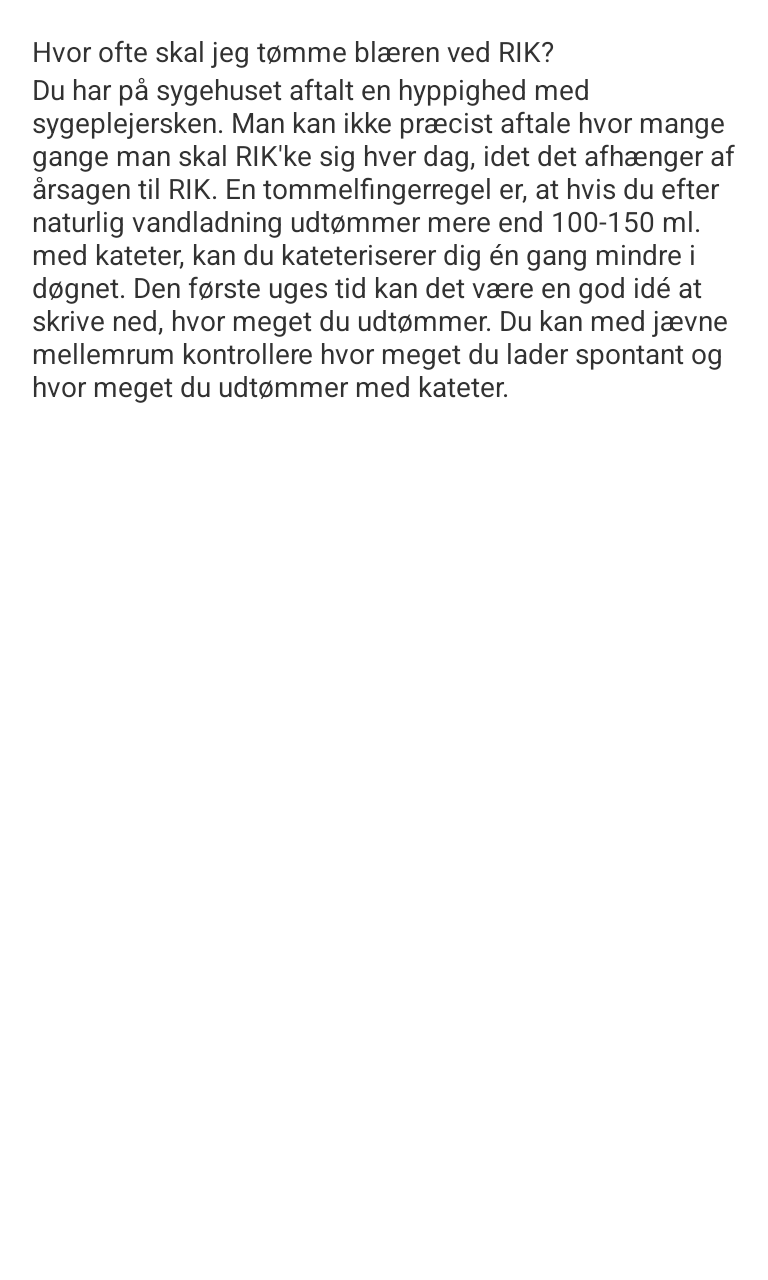
Repository: KingApollo/RIKapp2
Layout: RIKapp/res/layout/activity_information.xml
These files come from the project's save history. The layout is drawn as it stood at one moment and after the next save; the edit follows.
It is drawn on a 768 x 1280 px phone screen (xhdpi) without system bars, with theme android:Theme.Light.NoTitleBar; the app's code is not run.

Above is the layout before, as saved 2014-10-08 10:54:37.

After the next save:
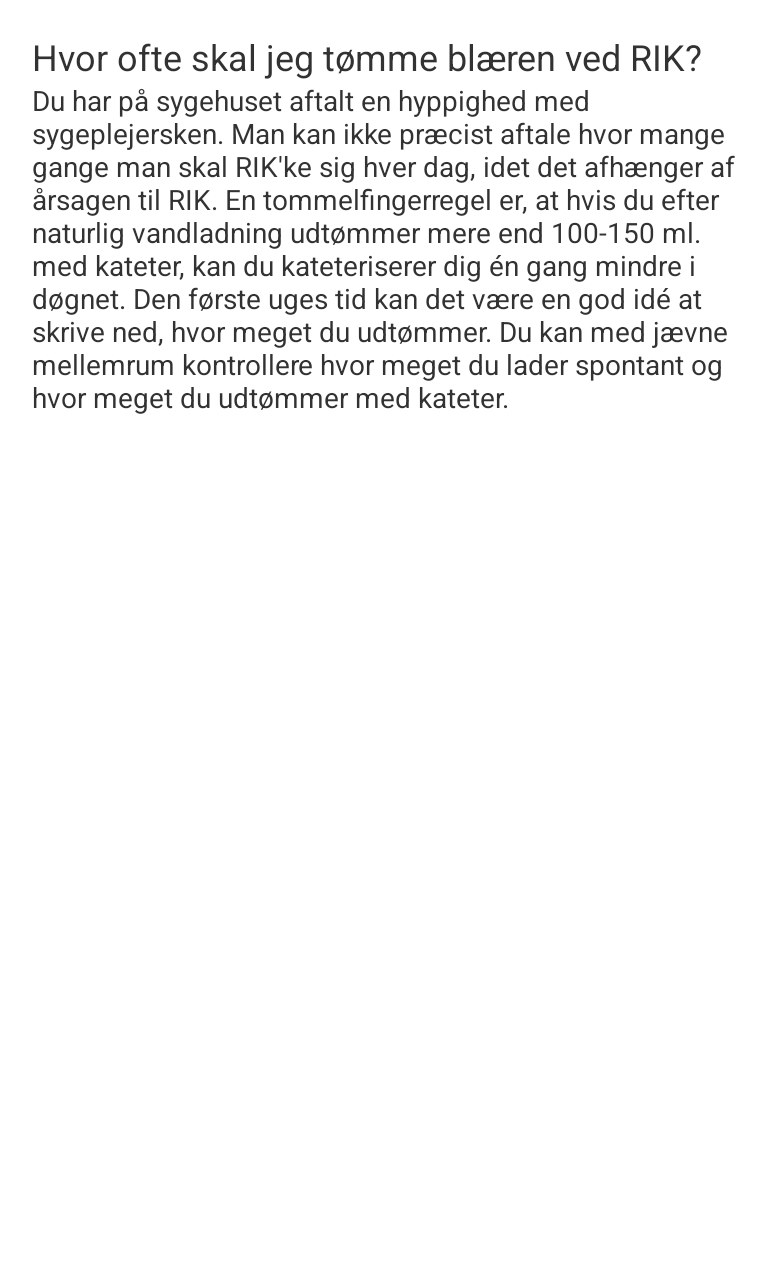
Saved 11 min 29 s later.
--- a/RIKapp/res/layout/activity_information.xml
+++ b/RIKapp/res/layout/activity_information.xml
@@ -14,6 +14,7 @@
     <!-- Clickable title -->
 <TextView   android:id="@+id/help_title_gest"
             android:text="@string/howOftenQuestion"
+            android:textSize="18dp"
             android:clickable="true"
             android:onClick="toggle_contents"
             android:layout_width="wrap_content"
